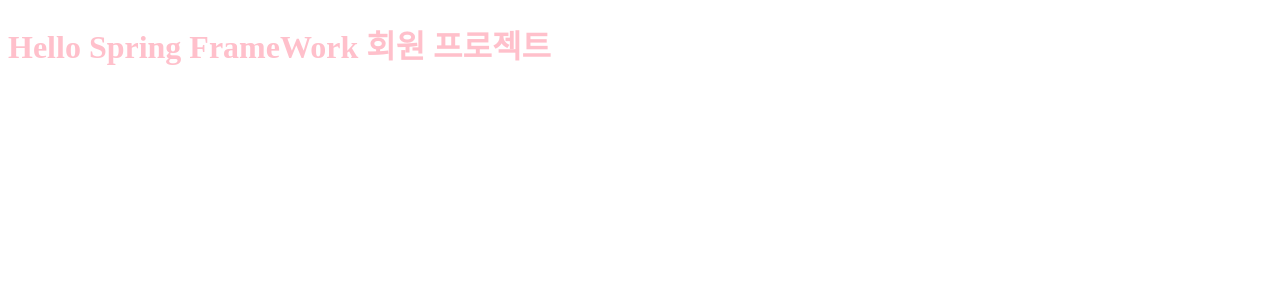
Repository: skrnldudna1/Spring
Page: http://localhost/member_framework/
These files come from the project's save history. The page is drawn as it stood at one moment and after the next save; the edit follows.
The browser window is 1280 px wide. The pictures show the whole page.
The page is served by Tomcat 9.

Above is the page before, as saved 2024-12-02 01:49:47.

After the next save:
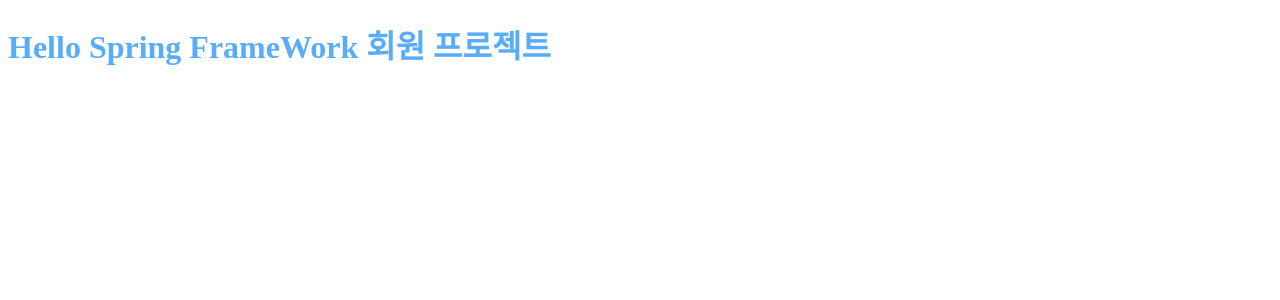
Saved 2 min 6 s later.
--- a/회원관리프로그램 실습중(ing)/member_framework/src/main/webapp/WEB-INF/views/index.jsp
+++ b/회원관리프로그램 실습중(ing)/member_framework/src/main/webapp/WEB-INF/views/index.jsp
@@ -8,7 +8,7 @@
 <title>회원관리 프로젝트</title>
 </head>
 <body>
-<h1 style="color: pink;">Hello Spring FrameWork 회원 프로젝트</h1>
+<h1 style="color: #58ACFA;">Hello Spring FrameWork 회원 프로젝트</h1>
 
 </body>
 </html>
